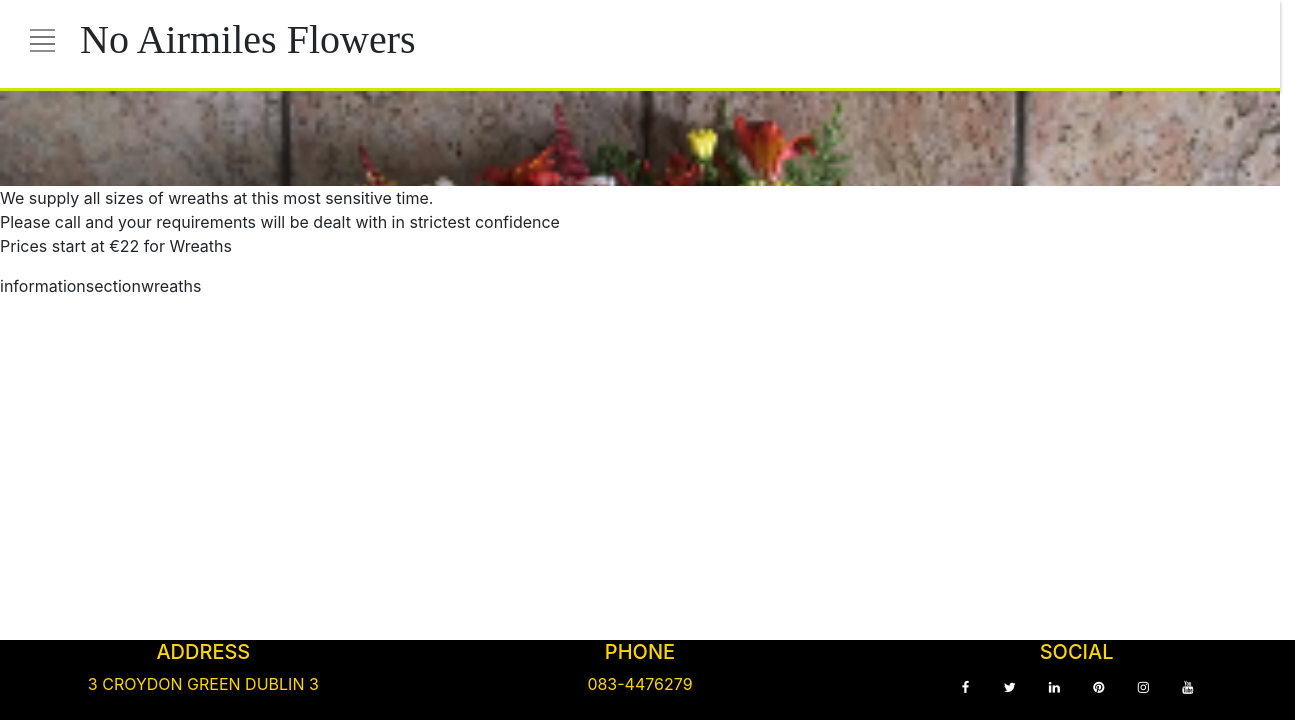
Repository: ConorTC1990/Flowers
Page: wreaths.html
The author's editor kept a record of every edit. The page is drawn from the files as they stood at one moment, then again after the next edit.
The browser window is 1280 px wide. The page is 1295 px wide, so the pictures cover 1295 px, including what lies to the right of the window. The pictures show the whole page.
Some web libraries are served in a nearby version.

Above is the page before.

After the next edit:
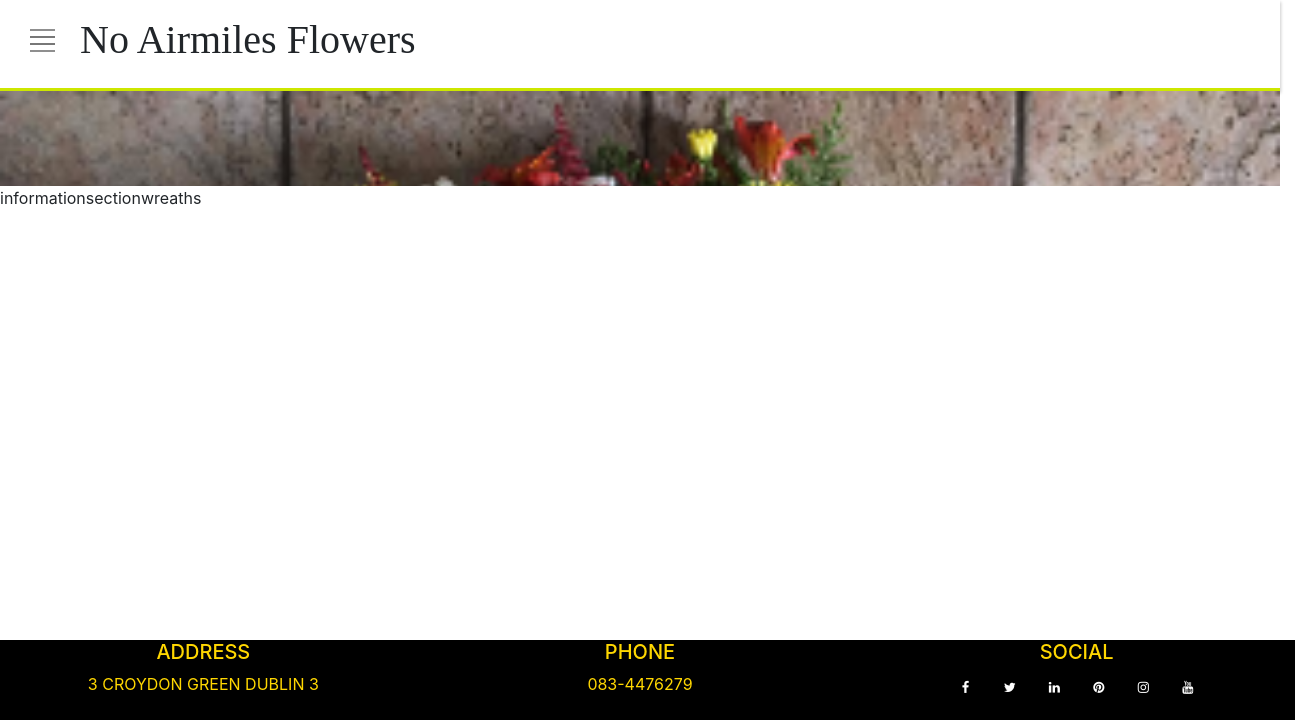
The edit:
--- a/wreaths.html
+++ b/wreaths.html
@@ -33,14 +33,7 @@
    <div class="WreathsBackground"> </div>
 
 
-      <div class="informationsectionwreaths">
-		<ul>
-		  <li> We supply all sizes of wreaths at this most sensitive time.</li>
-		  <li> Please call and your requirements will be dealt with in strictest confidence</li>
-		  <li>Prices start at €22 for Wreaths</li>
-		</ul>
 
-	    </div>
 
        <div class="videoclass2wreaths">
 
